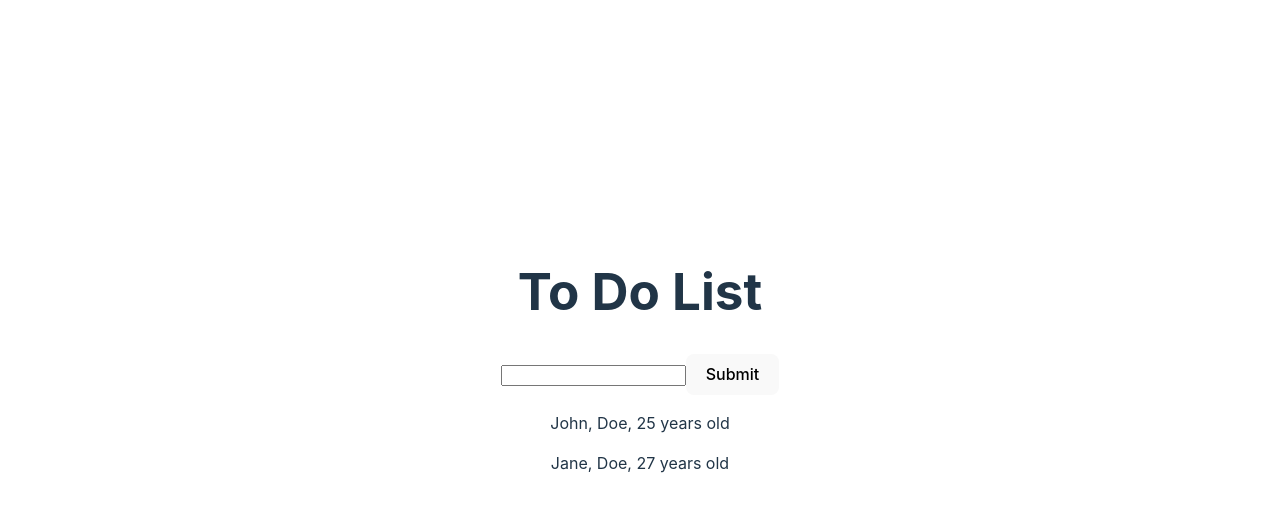
Repository: Jennica1/FRONT_END_WEEK06
Page: / (app in react/)
An editor plug-in stored every save of this project. The page is shown before and after the next save, followed by the edit.
The browser window is 1280 px wide. The pictures show the whole page.
The project was rebuilt for these pictures with package versions that can differ from the ones it lists, and the page was loaded fresh each time. Also part of the build but not shown: react/vite.config.js.

Above is the page before, as saved 2024-10-10 12:17:14.

### react/src/App.jsx
import { useState } from 'react';
import reactLogo from './assets/react.svg';
import viteLogo from '/vite.svg';
import TaskForm from './components/TaskForm';
import './App.css';


function App() {

  return (
    <>
     <TaskForm/>
    </>
  )
}

export default App

### react/src/components/TaskForm.jsx
import { useState } from 'react'
//renders an input box and a button for creating new tasks.
//Decide where the shared state should live. This is where you would also want to define the functions for updating the app state, including:

//a function for toggling the complete status of a task
//a function for adding a new task
//a function for deleting a task


const data = [
  {
    id: 1,
    firstName: 'John',
    lastName: 'Doe',
    age: 25
  },
  {
    id: 2,
    firstName: 'Jane',
    lastName: 'Doe',
    age: 27
  },
]
function TaskForm() {

  const [name, setName] = useState('John Doe');
  const [tasks, setTasks] = useState(data);

  const [taskData, settaskData] = useState({
    firstName: '',
    lastName: '',
    age: 0,
  });

  const studentListUI = tasks.map((student, index) => <p key={index}>{student.firstName}, {student.lastName}, {student.age} years old</p>
  );


  function handleSubmit(e) {
    e.preventDefault();
    const formData = new formData(e.target); //e.target == form
    name == formData.get('name');

    setName(formData.get(name));
    console.log(name);
  }

  function handleChange(e) {
    setName(e.target.value);

  }

  function handleFirstName(e) {
    settaskData({ ...taskData, firstName: e.target.value })
  };

  function handleAddTask(e) {
    e.preventDefault();
    setTasks([...tasks, taskData]);
  }

  return (
    <>
      <h1>To Do List</h1>
      <form onSubmit={handleAddTask}>


        <input type='text' value={taskData.lastName}
          onChange={(e) => settaskData({ ...taskData, lastName: e.target.value })} />

        <button>Submit</button>
      </form>
      {studentListUI}
    </>
  )
}

export default TaskForm

Loaded but not shown: react/index.html (common file); react/src/main.jsx (common file); react/src/index.css (common file); react/src/App.css (common file)

After the next save:
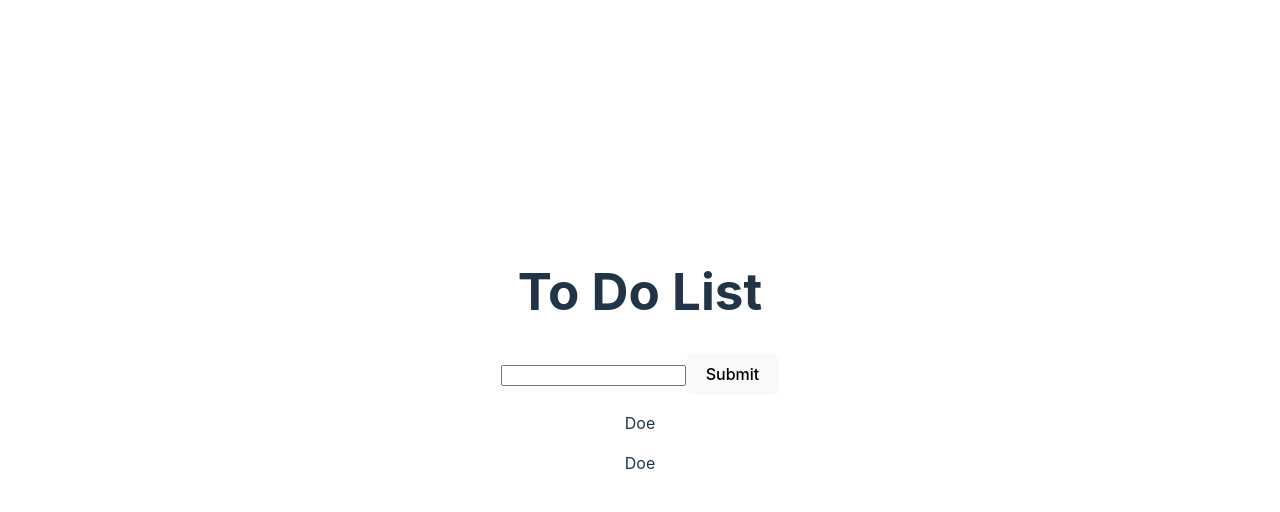
Saved 41 s later.
--- a/react/src/components/TaskForm.jsx
+++ b/react/src/components/TaskForm.jsx
@@ -32,7 +32,7 @@ function TaskForm() {
     age: 0,
   });
 
-  const studentListUI = tasks.map((student, index) => <p key={index}>{student.firstName}, {student.lastName}, {student.age} years old</p>
+  const studentListUI = tasks.map((student, index) => <p key={index}>{student.lastName}</p>
   );
 
 
@@ -64,7 +64,6 @@ function TaskForm() {
       <h1>To Do List</h1>
       <form onSubmit={handleAddTask}>
 
-
         <input type='text' value={taskData.lastName}
           onChange={(e) => settaskData({ ...taskData, lastName: e.target.value })} />
 
